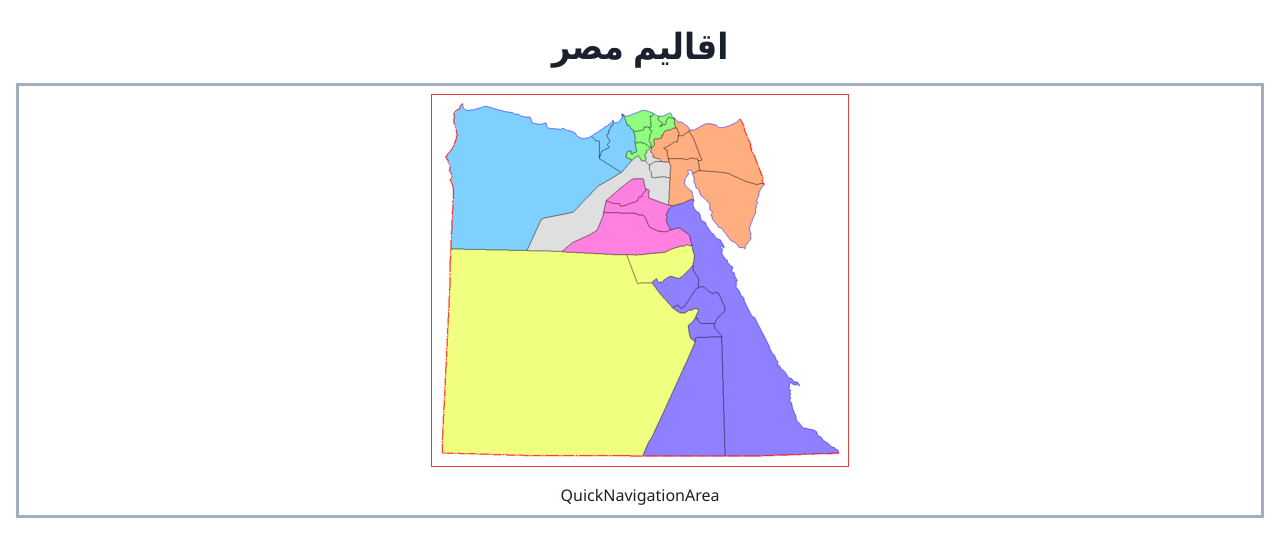
Repository: ahmed-mohamed-eng/egypt-gov-map
Page: /
An editor plug-in stored every save of this project. The page is shown before and after the next save, followed by the edit.
The browser window is 1280 px wide. The pictures show the whole page.
Some web fonts or font styles are not loaded; a fallback is used. The project was rebuilt for these pictures with package versions that can differ from the ones it lists, and the page was loaded fresh each time. The framework's server and built-in components were replaced by stand-ins that run in the browser. Also part of the build but not shown: next.config.js.

Above is the page before, as saved 2022-05-28 13:53:00.

### pages/_app.tsx
import "../styles/globals.css";

import type { AppProps } from "next/app";

import { ChakraProvider, extendTheme } from "@chakra-ui/react";

const theme = extendTheme({
  fonts: {
    heading: `"Aref Ruqaa" ,'Segoe UI', Tahoma, Geneva, Verdana, sans-serif`,
  }
});

function MyApp({ Component, pageProps }: AppProps) {
  return (
    <ChakraProvider theme={theme}>
      <Component {...pageProps} />
    </ChakraProvider>
  );
}

export default MyApp;

### pages/_document.tsx
import Document, {
  Html,
  Head,
  Main,
  NextScript,
  DocumentContext,
} from "next/document";

class MyDocument extends Document {
  static async getInitialProps(ctx: DocumentContext) {
    const initialProps = await Document.getInitialProps(ctx);
    return { ...initialProps };
  }

  render() {
    return (
      <Html dir="rtl" lang="ar">
        <Head />
        <body>
          <Main />
          <NextScript />
        </body>
      </Html>
    );
  }
}

export default MyDocument;

### pages/index.tsx
import type { NextPage } from "next";

// Custom Components
import Header from "../components/Header";
import PageContainer from "../components/PageContainer";
import MainContentArea from "../components/MainContentArea";

const Home: NextPage = () => {
  return (
    <PageContainer>
      <Header headerTitle="اقاليم مصر" />
      <MainContentArea />
    </PageContainer>
  );
};

export default Home;

### styles/globals.css
@import url('https://fonts.googleapis.com/css2?family=Aref+Ruqaa:wght@400;700&display=swap');

@tailwind base;
@tailwind components;
@tailwind utilities;

html,
body {
  padding: 0;
  margin: 0;
  font-family: -apple-system, BlinkMacSystemFont, Segoe UI, Roboto, Oxygen,
    Ubuntu, Cantarell, Fira Sans, Droid Sans, Helvetica Neue, sans-serif;
}

a {
  color: inherit;
  text-decoration: none;
}

* {
  box-sizing: border-box;
  font-family: "Aref Ruqaa" ,'Segoe UI', Tahoma, Geneva, Verdana, sans-serif;
}

### components/Header/index.tsx
export { Header as default } from "./Header";

### components/PageContainer/index.tsx
export { PageContainer as default } from "./PageContainer";

### components/MainContentArea/index.tsx
export { MainContentArea as default } from "./MainContentArea";

### components/Header/Header.tsx
import { Flex, Heading } from "@chakra-ui/react";

export interface HeaderProps {
  headerTitle: string;
}

export const Header = (props: HeaderProps) => {
  return (
    <Flex
      as="header"
      justifyContent="center"
      alignItems="center"
      fontSize="1.5rem"
      fontFamily="arabic"
    >
      <Heading as="h1">{props.headerTitle}</Heading>
    </Flex>
  );
};

### components/PageContainer/PageContainer.tsx
import { VStack } from "@chakra-ui/react"

export const PageContainer = (props: any) => {
  return (
    <VStack py="1.5rem" px="1rem" spacing="1rem">
        {props.children}
    </VStack>
  )
}

### components/MainContentArea/MainContentArea.tsx
import { VStack } from "@chakra-ui/react";

// Custom Components.
import MapArea from "./MapArea";
import QuickNavigationArea from "./QuickNavigationArea";

export const MainContentArea = () => {
  return (
    <VStack
      as="main"
      w="full"
      p="0.5rem"
      spacing="1rem"
      borderWidth="medium"
      borderColor="gray.400"
    >
      <MapArea />
      <QuickNavigationArea />
    </VStack>
  );
};

### components/MainContentArea/MapArea/index.tsx
export { MapArea as default } from "./MapArea";

### components/MainContentArea/QuickNavigationArea/index.tsx
export { QuickNavigationArea as default } from "./QuickNavigationArea";

### components/MainContentArea/MapArea/MapArea.tsx
import { VStack } from "@chakra-ui/react";

// Custom Components.
import MapImage from "./MapImage";

export const MapArea = () => {
  return (
    <VStack w="full" spacing="0.5rem">
      <MapImage />
    </VStack>
  );
};

### components/MainContentArea/QuickNavigationArea/QuickNavigationArea.tsx
import {
  Breadcrumb,
  BreadcrumbItem,
  BreadcrumbLink,
  BreadcrumbSeparator,
} from "@chakra-ui/react";

export interface QuickNavigationAreaProps {}

export const QuickNavigationArea = (props: QuickNavigationAreaProps) => {
  return <div>QuickNavigationArea</div>;
};

### components/MainContentArea/MapArea/MapImage/index.tsx
export { MapImage as default } from "./MapImage";

### components/MainContentArea/MapArea/MapImage/MapImage.tsx
import React from "react";

import { Flex, Image } from "@chakra-ui/react";

// Images Sources.
import mapImage from "../../../../images/Egypt_Provinces.webp";

export const MapImage = () => {
  return (
    <Flex borderWidth="thin" borderColor="red.500" p="0.5rem">
      <Image mixBlendMode="multiply" src={mapImage.src} alt="Egypt Province Map" />
    </Flex>
  );
};

Loaded but not shown: tailwind.config.js (common file)

After the next save:
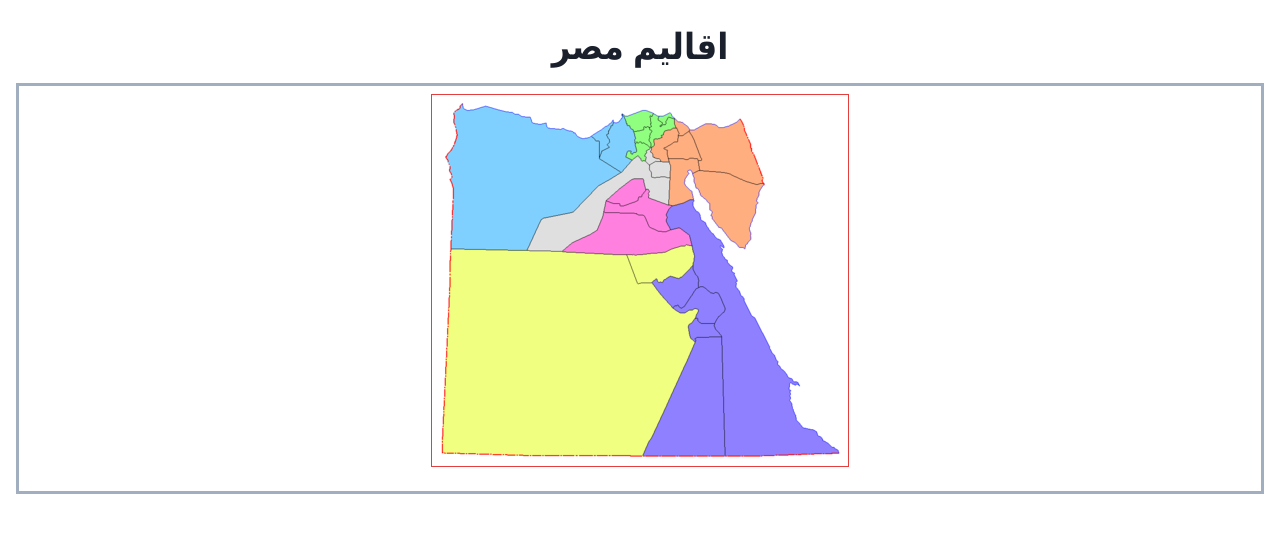
Saved 3 min 14 s later.
--- a/components/MainContentArea/QuickNavigationArea/QuickNavigationArea.tsx
+++ b/components/MainContentArea/QuickNavigationArea/QuickNavigationArea.tsx
@@ -2,11 +2,19 @@ import {
   Breadcrumb,
   BreadcrumbItem,
   BreadcrumbLink,
-  BreadcrumbSeparator,
 } from "@chakra-ui/react";
 
-export interface QuickNavigationAreaProps {}
+export type BreadcrumbElement = {
+    url: string;
+    text: string;
+}
+
+export interface QuickNavigationAreaProps {
+    breadcrumbItems: Array<BreadcrumbElement>;
+}
 
 export const QuickNavigationArea = (props: QuickNavigationAreaProps) => {
-  return <div>QuickNavigationArea</div>;
+  return <Breadcrumb>
+
+  </Breadcrumb>;
 };
